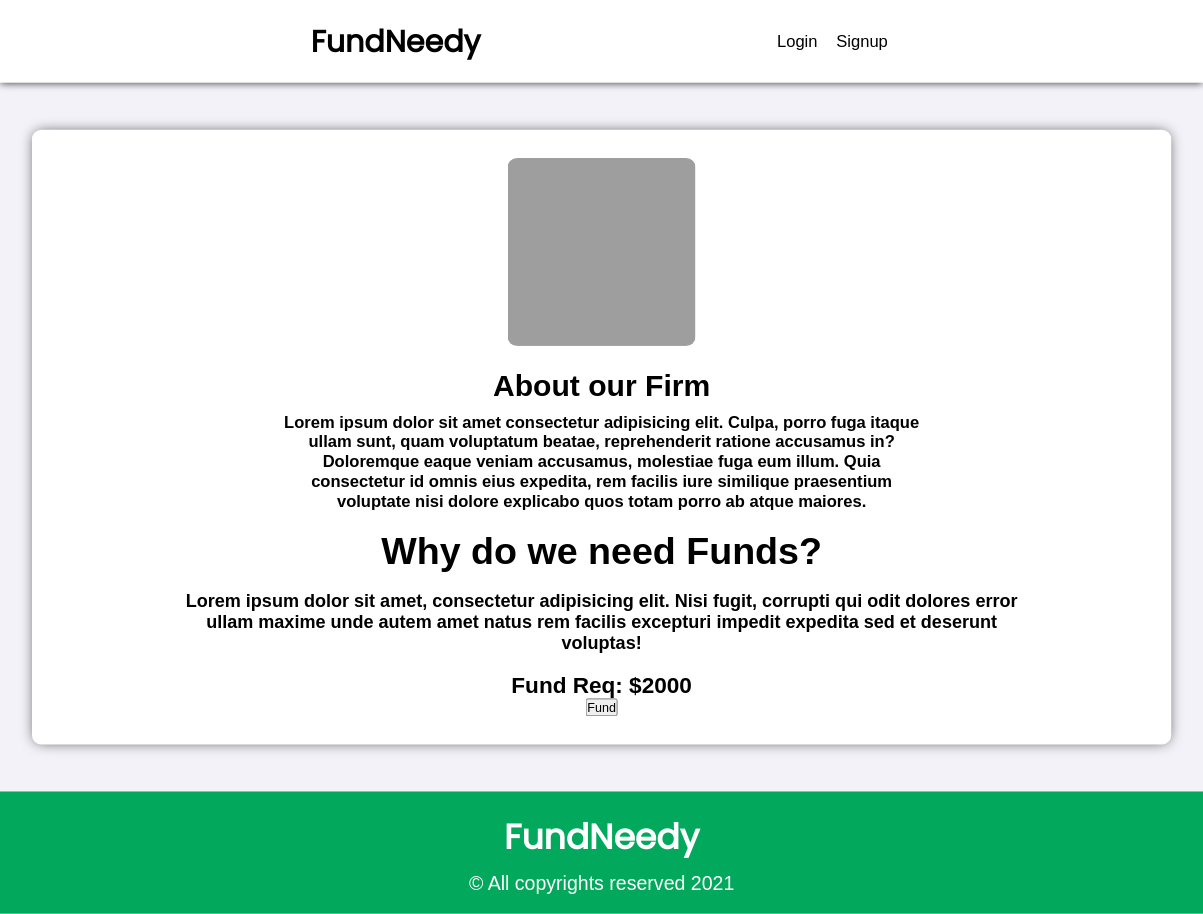
Repository: osdc/codejam
Page: /firmname (app in sassy-sandwiches/fund-needy/)
The author's editor kept a copy of each file at every save. The page is drawn from the files as they stood at one save, then again after a run of saves.
The browser window is 1280 px wide. The pictures show the whole page, at 94% of full size.
Pictures or frames that could not be fetched are drawn as grey boxes. The project was rebuilt for these pictures with package versions that can differ from the ones it lists, and the page was loaded fresh each time. Also part of the build but not shown: sassy-sandwiches/fund-needy/src/Showcase.css, sassy-sandwiches/fund-needy/src/Showcase.js, sassy-sandwiches/fund-needy/src/Needies.css, sassy-sandwiches/fund-needy/src/Needy.css, sassy-sandwiches/fund-needy/src/Needy.js, sassy-sandwiches/fund-needy/src/Needies.js.

Above is the page before, as saved 2021-01-09 22:22:59.

After the next 2 saves:
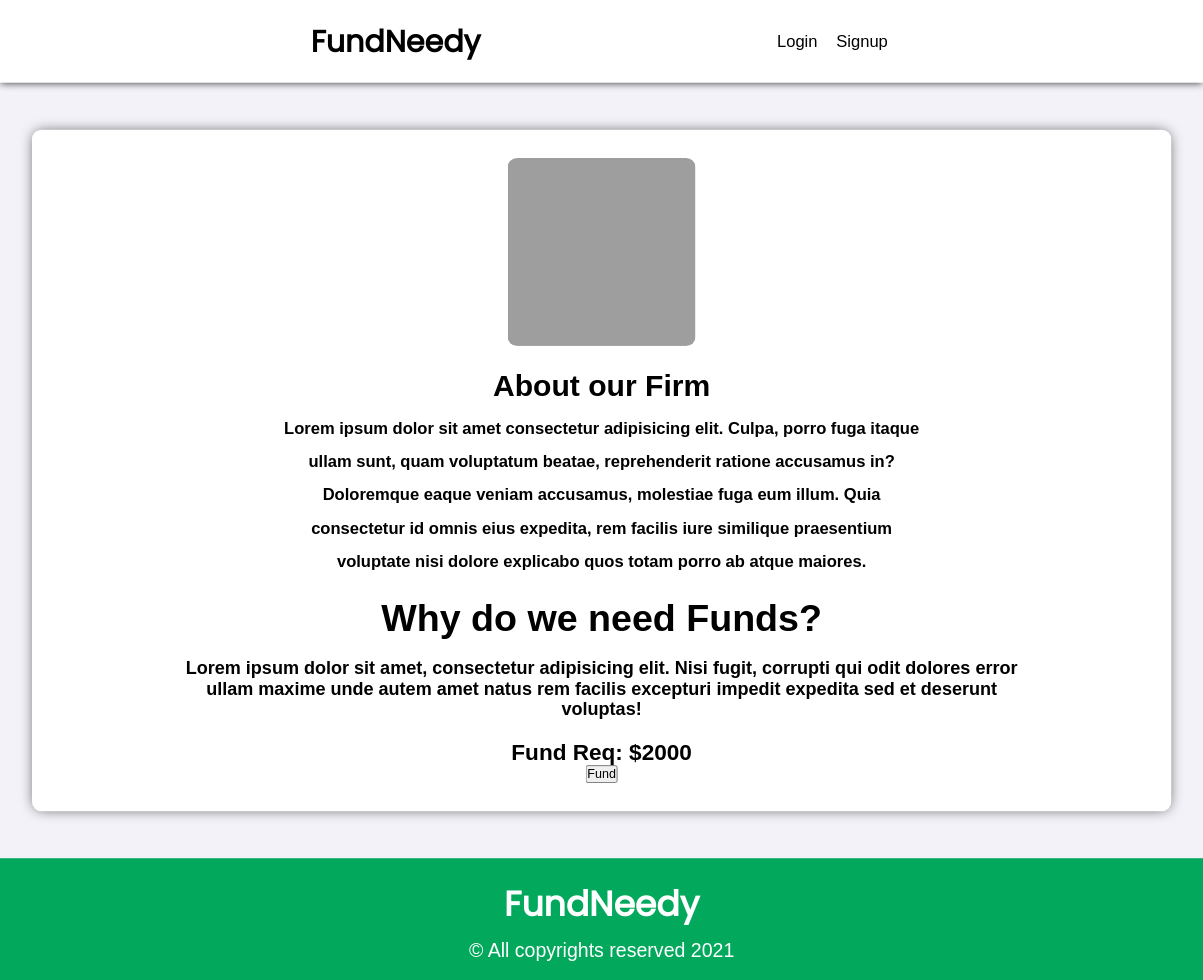
The 2 saves are shown as one change because they came seconds apart.
The last was saved 29 s later.
--- a/sassy-sandwiches/fund-needy/src/FirmFund.css
+++ b/sassy-sandwiches/fund-needy/src/FirmFund.css
@@ -30,6 +30,7 @@
   font-weight: 600;
   margin-top: 10px;
   margin-bottom: 10px;
+  line-height: 2;
 }
 
 .firmFund_need > h2 {
